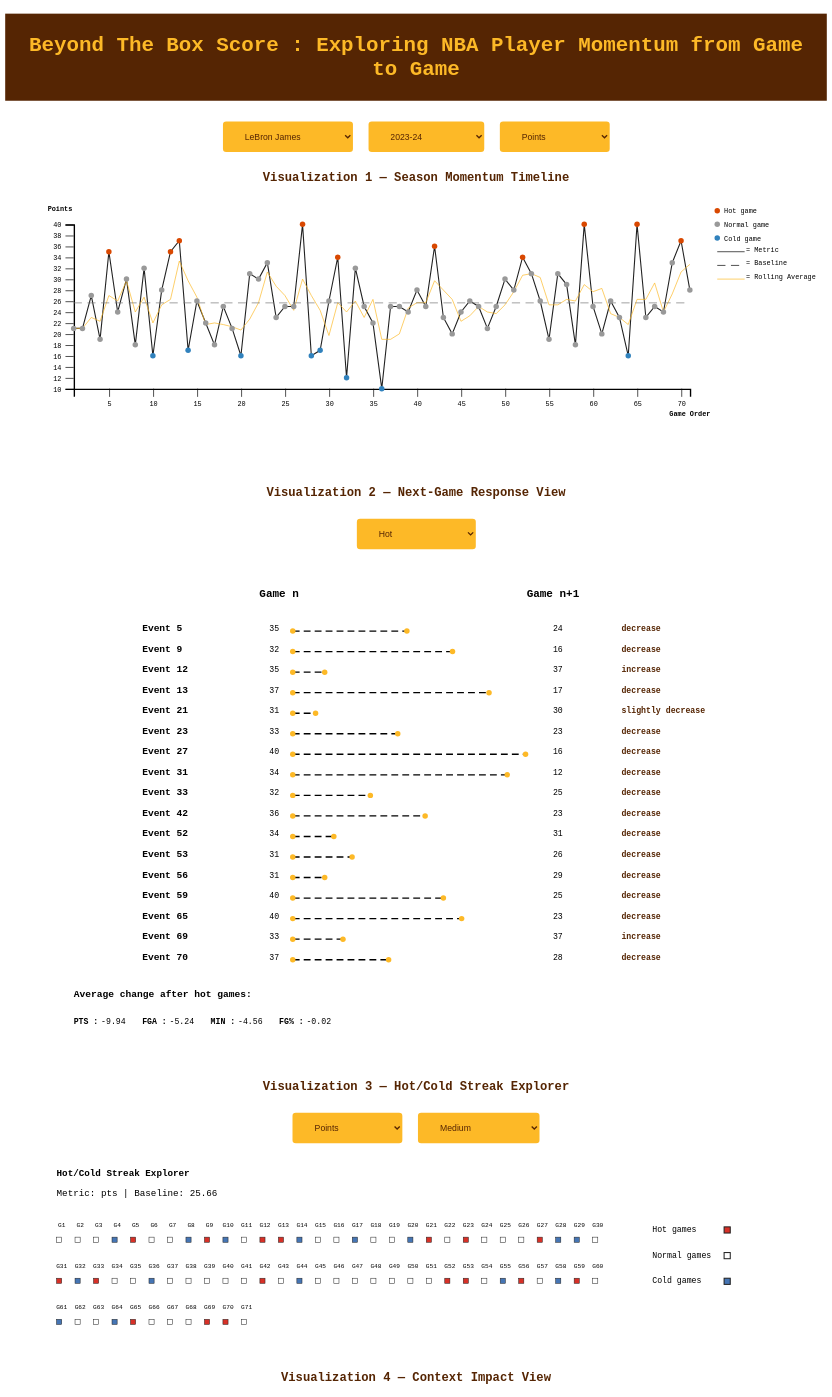
Repository: houdafatih/Data-Viz-Project
Page: index.html
These files come from the project's save history. The page is drawn as it stood at one moment and after the next save; the edit follows.
The browser window is 1280 px wide. The pictures show the whole page, at 65% of full size.

Above is the page before, as saved 2026-06-21 03:07:33.

### index.html
<!DOCTYPE html>
<html>
   <head>
    <meta charset="UTF-8"/>
    <title>Beyond The Box Score</title>
    <link rel="stylesheet" href="style.css" >
  </head>
  <body>
     <h1>Beyond The Box Score : Exploring NBA Player Momentum from Game to Game</h1>

     <div class="selection">
        <select id="playerSelect">
            <option selected disabled>Select a Player</option>
        </select>

        <select id="seasonSelect">
            <option selected disabled>Select a Season</option>
        </select>

        <select id="metricSelect">
            <option selected disabled>Select a metric</option>
            <option value="pts">Points</option>
            <option value="fga">FGA</option>
            <option value="min">Minutes</option>
            <option value="fg_pct">FG%</option>
            <option value="plus_minus">Plus/Minus</option>
        </select>
     </div>

     <h3>Visualization 1 — Season Momentum Timeline</h3>
     <div id="vizual1"></div>

     <h3>Visualization 2 — Next-Game Response View</h3>
     <div class="selection">
        <select id="performanceSelect">
            <option selected disabled>Select event type</option>
            <option value="all">All</option>
            <option value="hot">Hot</option>
            <option value="cold">Cold</option>
            <option value="normal">Normal</option>
        </select>
     </div>
     <div id="vizual2"></div>

     <h3>Visualization 3 — Hot/Cold Streak Explorer</h3>
     <div class="selection">
        <select id="metricSelectV3">
            <option selected disabled>Select a metric</option>
            <option value="pts">Points</option>
            <option value="fga">FGA</option>
            <option value="min">Minutes</option>
            <option value="fg_pct">FG%</option>
            <option value="plus_minus">Plus/Minus</option>
        </select>
        <select id="thresholdSelect">
        <option selected disabled>Select a threshold</option>
            <option value="loose">Loose</option>
            <option value="medium">Medium</option>
            <option value="strict">Strict</option>
        </select>
     </div>
     <div id="vizual3"></div>


     <h3>Visualization 4 — Context Impact View</h3>
     <div id="vizual4"></div>

  </body>
  <script src="https://d3js.org/d3.v7.min.js"></script>
  <script type="module" src="index.js"></script>
</html>

### style.css
body{
    padding: 0px;
}
h1{
  text-align: center;
  font-size: 2rem;
  font-family: "Courier New", Courier, monospace;
  color : #fdb927;
  background-color: #552503;
  padding: 30px;

}
.selection{
    text-align: center;
}
select{
    margin: 10px;
    padding: 15px 30px;
    border-radius: 5px;
    border: none;
    background: #fdb927;
    color:#552503;

}
select option:hover{
    background-color: #fdb927;
}



h3{
    color: #552503;
    font-family: "Courier New", Courier, monospace;
    text-align: center;
}
.tick{
    font-size: 5px;
}
line{
    stroke-width: 0.5px;
}
.label{
    color: #552503;
    font-family: "Courier New", Courier, monospace;
    font-weight: bold;
}

.tooltip{
    position: fixed;
    background: wheat;
    border: 1px solid #ccc;
    padding: 10px;
    font-size: 15px;
    opacity: 0;
    pointer-events: none;

}
text{
    font-family: "Courier New", Courier, monospace;
}
.tooltip2{
    position: fixed;
    background: #fdb927;
    border: 1px solid #ccc;
    padding: 10px;
    font-size: 15px;
    visibility: hidden;
    pointer-events: none;
}
.line2{
    stroke-width: 1px;
}

### index.js
import {playersData,seasonData} from "./scripts/utils.js";
import { drawVisualization1 } from "./scripts/visualization1.js";
import { drawVisualization2 } from "./scripts/visualization2.js";
import { drawVisualization3 } from "./scripts/visualization3.js";

d3.csv("data/nba.csv").then(function(data){

   data.forEach(element => {
        element.player_id = +element.player_id
        element.game_index = +element.game_index
        element.pts = +element.pts
        element.fga = +element.fga
        element.min = +element.min
        element.fg_pct = +element.fg_pct
        element.plus_minus = +element.plus_minus
        element.next_pts = +element.next_pts
        element.next_fga = +element.next_fga
        element.next_min = +element.next_min
        element.next_fg_pct = +element.next_fg_pct
        element.rolling_pts_avg_3 = +element.rolling_pts_avg_3
        element.baseline_pts = +element.baseline_pts
        element.pts_diff_from_baseline = +element.pts_diff_from_baseline
        element.streak_length = +element.streak_length
   });

   playersData(data)
   seasonData(data)

   const nba_data = data

   d3.select("#playerSelect").property("value",nba_data[0].player_name)

   d3.select("#seasonSelect").property("value",nba_data[0].season_year)

   d3.select("#metricSelect").property("value","pts")

   d3.select("#performanceSelect").property("value","hot")

   d3.select("#metricSelectV3").property("value","pts")

   d3.select("#thresholdSelect").property("value","medium")

   updateVisualizations(nba_data)


   d3.select("#playerSelect").on("change",() => updateVisualizations(nba_data))
   d3.select("#seasonSelect").on("change",() => updateVisualizations(nba_data))
   d3.select("#metricSelect").on("change",() => updateVisualizations(nba_data))
   d3.select("#performanceSelect").on("change",() => updateVisualizations(nba_data))
   d3.select("#metricSelectV3").on("change",() => updateVisualizations(nba_data))
   d3.select("#thresholdSelect").on("change",() => updateVisualizations(nba_data))

})

function updateVisualizations(nba_data){
    const player = d3.select("#playerSelect").property("value")
    const season = d3.select("#seasonSelect").property("value")
    const metric = d3.select("#metricSelect").property("value")

    const eventT = d3.select("#performanceSelect").property("value")

    const metricv3 = d3.select("#metricSelectV3").property("value")
    const threshold =d3.select("#thresholdSelect").property("value")

    if(player === "Select a Player" || season === "Select a Season" || metric === "Select a metric"){
        return
    }

    let data_filter = nba_data.filter(d => d.player_name === player && d.season_year == season)
    drawVisualization1(data_filter,"#vizual1",metric)

    if(eventT === "Select event type"){
        return
    }
    drawVisualization2(data_filter,"#vizual2",metric,eventT)

    if(metricv3 === "Select a metric" || threshold === "Select a threshold"){
        return
    }
    drawVisualization3(data_filter,"#vizual3",metricv3,threshold)
}

### scripts/utils.js
export function playersData(data){
    const players_list = [...new Set(data.map(dt => dt.player_name))]

    d3.select("#playerSelect").selectAll(".players-options").data(players_list)
    .enter().append("option").attr("class","players-options").attr("value",dt=>dt).text(dt => dt)
}

export function seasonData(data){
    const seasons_list = [...new Set(data.map(dt => dt.season_year))]
    d3.select("#seasonSelect").selectAll(".seasons-options").data(seasons_list)
    .enter().append("option").attr("class","seasons-options").attr("value",dt=>dt).text(dt => dt)
}

### scripts/visualization2.js
export function drawVisualization2(data,id,metric,eventT){
    if(data.length === 0) {
        clearCanvas(id)
        return
    }


     let new_data = createData(data,metric)

     if(eventT !== "all"){
        new_data = new_data.filter(d => performance_filter(d.current_g,data,metric) === eventT)
     }

     const canvas = createCanvas(new_data)

     clearCanvas(id)

     const svg = addSvg(id,canvas)

     draw_Header(svg,200,400)
     draw_Rows(svg,new_data,200,400,canvas.margin,15)
     addSummaryCard(svg,new_data,eventT,canvas)

}
function createCanvas(new_data){
    return{
        width : 600, height: 100 + new_data.length *16 , margin:{top: 20,right:100, bottom:60, left:50}
    }
}

function clearCanvas(id){
    d3.select(id).html("")
}

function addSvg(id,canvas){
    return d3.select(id).append("svg").attr("viewBox",`0 0 ${canvas.width} ${canvas.height}`)
}

function createData(data,metric){
   const new_data = data.slice().sort((a,b) => a.game_index - b.game_index)

   return new_data.slice(0,-1).map((d,j) => {
      const nextG = new_data[j+1]

      return {
        eventN: j+1,
        game_idx : d.game_index,
        nextg_index : nextG.game_index,
        current_v: d[metric],
        next_v : nextG[metric],
        difference : nextG[metric] - d[metric],
        current_g : d,
        next_g : nextG
      }
   })
}

function draw_Header(svg,left,right){
    svg.append("text").attr("x",left).attr("y",30)
    .attr("text-anchor","middle").attr("font-weight","bold").attr("font-size","8px").text("Game n")

    svg.append("text").attr("x",right).attr("y",30)
    .attr("text-anchor","middle").attr("font-weight","bold").attr("font-size","8px").text("Game n+1")

}

function draw_Rows(svg,new_data,left,right,margin,r_height){
    const tooltip = toolTip2(new_data)

    const rows = svg.selectAll(".response-row").data(new_data).enter()
     .append("g").attr("class","response-row")
     .attr("transform",(d,j) => `translate(0,${margin.top+j*r_height})`)

    rows.append("text").attr("x",100).attr("y",35).text(d =>`Event ${d.eventN}` )
     .attr("font-size","7px").attr("font-weight","bold")
    rows.append("text").attr("x",left).attr("y",35).attr("text-anchor","end").text(d => d.current_v).attr("font-size","6px")

    const line_scale = d3.scaleLinear().domain([0,d3.max(new_data, d => Math.abs(d.difference))]).range([20,180])

    rows.append("line").attr("x1",left+10).attr("class","line2")
    .attr("x2",d => { const l= line_scale(Math.abs(d.difference))
        return left+l

    })
    .attr("y1",35).attr("y2",35).attr("stroke","black").attr("stroke-dasharray","5 3")
    .on("mouseover",function(event,d){
        tooltip.style("visibility","visible").html(tooltipInformations2(d))
     })
     .on("mousemove",function(event){
        tooltip.style("left",event.clientX+15+"px")
          .style("top",event.clientY-20+"px")
     })
     .on("mouseout",function(){
        tooltip.style("visibility","hidden")
     })

    rows.append("circle").attr("cx",left+10).attr("cy",35).attr("r",2).attr("fill","#fdb927")
    rows.append("circle").attr("cx",d => { const l= line_scale(Math.abs(d.difference))
        return left+l

    }).attr("cy",35).attr("r",2).attr("fill","#fdb927")

    rows.append("text").attr("x",right).attr("y",35).text(d => d.next_v).attr("font-size","6px")

    rows.append("text").attr("x",right+50).attr("y",35).text(d => difference_label(d.difference))
    .attr("font-size","6px").attr("fill","#552503").attr("font-weight","bold")

}

function difference_label(diff){
    if(diff > 1) return "increase"
    if(diff < -1) return "decrease"
    if(diff < 0) return "slightly decrease"
    if(diff > 0) return "slightly increase"
    return "stable"
}

function performance_filter(d,data,metric){
   const bLine = d3.mean(data,dt => dt[metric])
   const th = Math.abs(bLine) * 0.2
   const dv = d[metric] - bLine

   if(dv > th) return "hot"
   if(dv < -th) return "cold"
   return "normal"
}

function addSummaryCard(svg,new_data,eventT,canvas){

    svg.append("text").attr("x",50).attr("y",canvas.height-50)
    .attr("font-weight","bold").text(`Average change after ${eventT} games:`).attr("font-size","7px")

    const metrics_change = new_data.map(d => {
        const pts = d.current_g["next_pts"] - d.current_g["pts"]
        const fga = d.current_g["next_fga"] - d.current_g["fga"]
        const min = d.current_g["next_min"] - d.current_g["min"]
        const fg_pct = d.current_g["next_fg_pct"] - d.current_g["fg_pct"]

        return {"pts":pts,"fga":fga,"min":min,"fg_pct":fg_pct}
    })

    const means = [
        {"avg":d3.mean(metrics_change,d => d.pts),"name":"PTS"},
        {"avg":d3.mean(metrics_change,d => d.fga),"name":"FGA"},
        {"avg":d3.mean(metrics_change,d => d.min),"name":"MIN"},
        {"avg":d3.mean(metrics_change,d => d.fg_pct),"name":"FG%"}
    ]

    means.forEach((element,i) => {
        let position = canvas.margin.left+i*50
        svg.append("text").attr("x",position).attr("y",canvas.height-30)
        .attr("font-size","6px").attr("font-weight","bold")
        .text(`${element.name} : `)
        svg.append("text").attr("x",position+20).attr("y",canvas.height-30)
        .attr("font-size","6px")
        .text(`${element.avg.toFixed(2)}`)

    });

}

function toolTip2(){
    let tooltip = d3.select("body").select(".tooltip2")
    if(tooltip.empty()){
        tooltip = d3.select("body").append("div").attr("class","tooltip2")
    }

    return tooltip
}

function tooltipInformations2(data){
    console.log(data)
    return `<strong> Game n - Date: ${data.current_g["game_date"]} </strong><br>
            <strong> Game n - Opponent: ${data.current_g["opponent"]} </strong><br>
            <strong> Game n - Points: ${data.current_g["pts"]} </strong><br>
            <strong> Game n+1 - Date: ${data.next_g["game_date"]} </strong><br>
            <strong> Game n+1 - Opponent: ${data.next_g["opponent"]} </strong><br>
            <strong> Game n+1 - Points: ${data.next_g["pts"]} </strong><br>
    `
}

### scripts/visualization3.js

const colors_labels = [
    {lab:"Hot games",color:"#d73027"},
    {lab:"Normal games",color:"#fff"},
    {lab:"Cold games",color:"#4575b4"}
]
export function drawVisualization3(data,id,metric,threshold){
     if(data.length === 0) {
        clearCanvas(id)
        return
    }
     const canvas = createCanvas()

     clearCanvas(id)

     const svg = addSvg(id,canvas)

     const baseline_classif = calculateBaselineAndClassifyGames(data,metric)
     const scale = colorScale()

     addTitle(svg,canvas,baseline_classif.baseline,metric)

     addLablels(svg,baseline_classif.classification,canvas)

     addCells(svg,baseline_classif.classification,canvas,scale)

     addLegends(svg,canvas)

     console.log(threshold)

}

function createCanvas(){
    return{
        width : 800, height: 200, margin:{top: 20,right:100, bottom:60, left:50}
    }
}

function clearCanvas(id){
    d3.select(id).html("")
}

function addSvg(id,canvas){
    return d3.select(id).append("svg").attr("viewBox",`0 0 ${canvas.width} ${canvas.height}`)
}

function calculateBaselineAndClassifyGames(data,metric)
{
  const baseline = d3.mean(data,dt=> dt[metric])

  const classification = data.map((d,j)=> {
    let perf_label = ""
    if(d[metric] > baseline + 5){
        perf_label = "hot"
    }else if(d[metric] < baseline - 5){
        perf_label = "cold"
    }
    else perf_label = "normal"

    return {
        ...d,
        g_num : j+1,
        perf_label:perf_label,
        difference : d[metric] - baseline
    }
  })

    return{
        baseline : baseline,
        classification : classification
    }
}

function colorScale(){
    const color_sc = d3.scaleOrdinal()
    .domain(["hot","normal","cold"])
    .range(["#d73027","#fff","#4575b4"])
    return color_sc
}

function addTitle(svg,canvas,baseline,metric){
    svg.append("text").attr("x",canvas.margin.left).attr("y",25).attr("font-size","9px")
    .attr("font-weight","bold").text("Hot/Cold Streak Explorer")

    svg.append("text").attr("x",canvas.margin.left).attr("y",45).attr("font-size","9px")
    .text(`Metric: ${metric} | Baseline: ${baseline.toFixed(2)}`)
}

function addLablels(svg, classification,canvas){
    const num = 30
    svg.selectAll(".game-label").data(classification).enter().append("text").attr("class","game-label")
    .attr("x",(d,j) => canvas.margin.left + (j%num) * 18 + 10 /2).attr("y",(d,j) => 75 + (Math.floor(j/num))*40)
    .attr("text-anchor","middle").attr("font-size","6px").text(d => `G${d.g_num}`)
}

function addCells(svg, classification,canvas,scale){
    const num = 30
    svg.selectAll(".game-cell").data(classification).enter().append("rect").attr("class","game-cell")
    .attr("x",(d,j) => canvas.margin.left + (j%num) * 18).attr("y",(d,j) => 85 + (Math.floor(j/num))*40).attr("width",5).attr("height",5)
    .attr("fill",d => scale(d.perf_label)).attr("stroke","#222").attr("stroke-width",0.5)
}

function addLegends(svg,canvas){
    svg.selectAll(".legend-rec").data(colors_labels).enter().append("rect").attr("class",".legend-rec")
    .attr("x",canvas.width - 100).attr("y",(d,j) => 75 + j * 25)
    .attr("width",6).attr("height",6).attr("fill",d => d.color).attr("stroke","#222")

    svg.selectAll(".legend-tex").data(colors_labels).enter().append("text").attr("class",".legend-tex")
    .attr("x",canvas.width - 170).attr("y",(d,j) => 80 + j * 25).attr("font-size","8px").text(d => d.lab)
}

Loaded but not shown: scripts/visualization1.js (197 lines, source omitted)

After the next save:
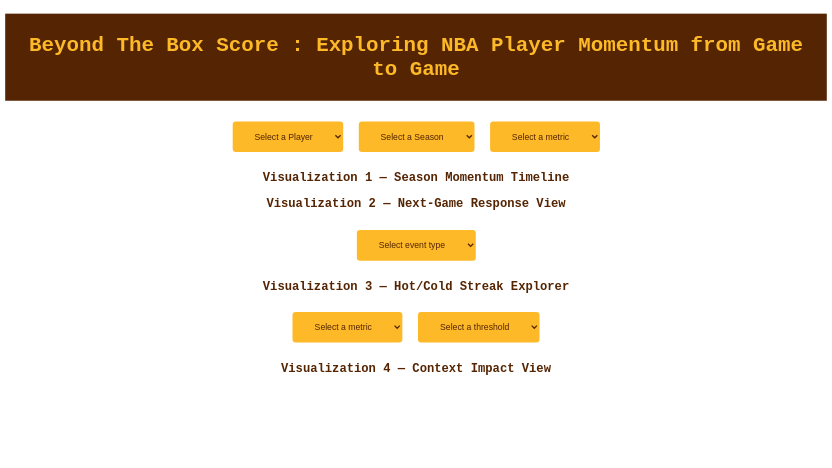
Console error: SyntaxError: Identifier 'threshold' has already been declared
Saved 4 min 33 s later.
--- a/scripts/visualization3.js
+++ b/scripts/visualization3.js
@@ -15,7 +15,7 @@
 
      const svg = addSvg(id,canvas)
 
-     const baseline_classif = calculateBaselineAndClassifyGames(data,metric)
+     const baseline_classif = calculateBaselineAndClassifyGames(data,metric,threshold)
      const scale = colorScale()
 
      addTitle(svg,canvas,baseline_classif.baseline,metric)
@@ -25,8 +25,6 @@
      addCells(svg,baseline_classif.classification,canvas,scale)
 
      addLegends(svg,canvas)
-
-     console.log(threshold)
 
 }
 
@@ -44,15 +42,22 @@
     return d3.select(id).append("svg").attr("viewBox",`0 0 ${canvas.width} ${canvas.height}`)
 }
 
-function calculateBaselineAndClassifyGames(data,metric)
+function convertThreshold(threshold){
+    if(threshold == "medium") return 5
+    else if (threshold == "loose") return 3
+    else return 8
+}
+
+function calculateBaselineAndClassifyGames(data,metric,threshold)
 {
   const baseline = d3.mean(data,dt=> dt[metric])
+  const threshold = convertThreshold(threshold)
 
   const classification = data.map((d,j)=> {
     let perf_label = ""
-    if(d[metric] > baseline + 5){
+    if(d[metric] > baseline + threshold){
         perf_label = "hot"
-    }else if(d[metric] < baseline - 5){
+    }else if(d[metric] < baseline - threshold){
         perf_label = "cold"
     }
     else perf_label = "normal"

After the save that followed:
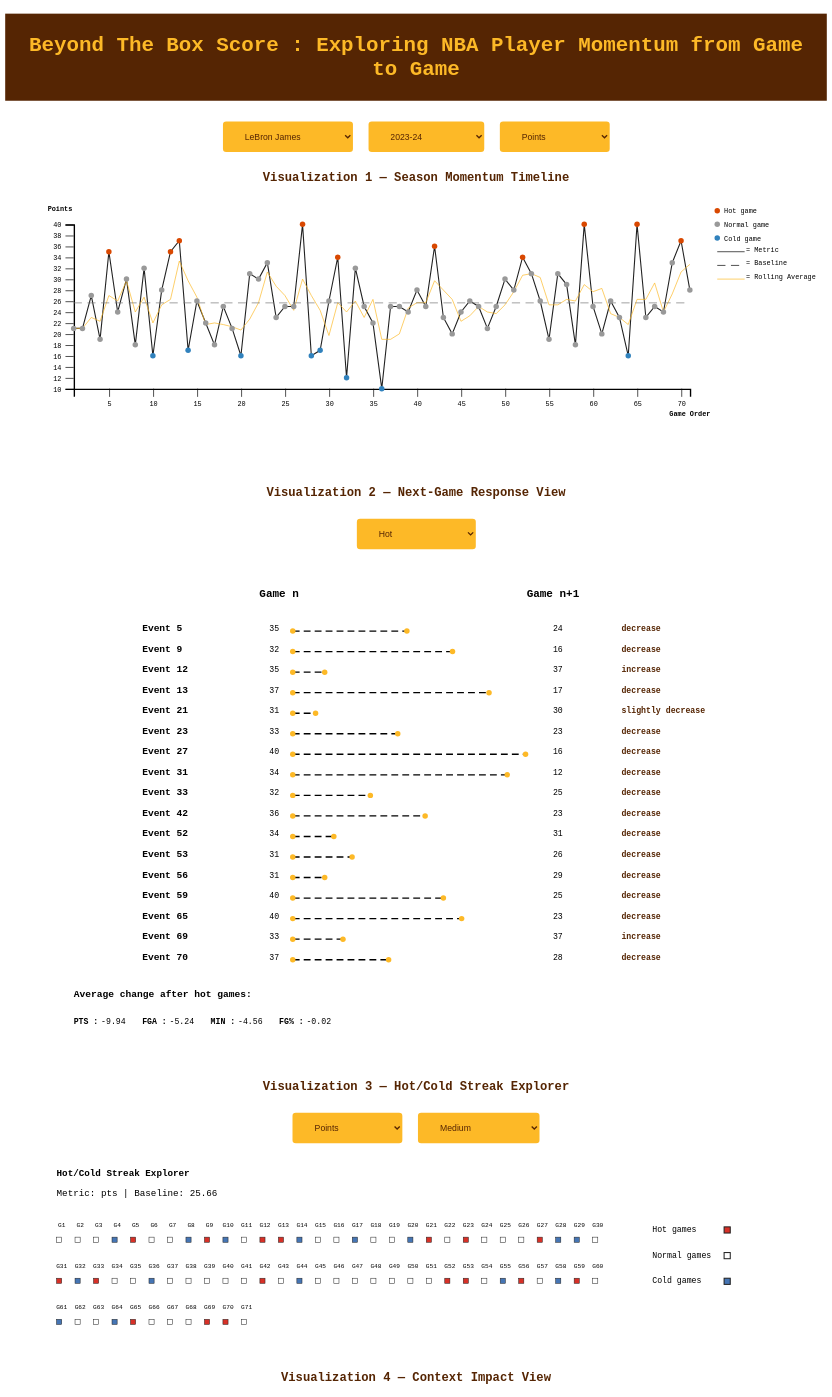
The error is gone.
Saved 42 s later.
--- a/scripts/visualization3.js
+++ b/scripts/visualization3.js
@@ -51,13 +51,13 @@
 function calculateBaselineAndClassifyGames(data,metric,threshold)
 {
   const baseline = d3.mean(data,dt=> dt[metric])
-  const threshold = convertThreshold(threshold)
+  const thre_shold = convertThreshold(threshold)
 
   const classification = data.map((d,j)=> {
     let perf_label = ""
-    if(d[metric] > baseline + threshold){
+    if(d[metric] > baseline + thre_shold){
         perf_label = "hot"
-    }else if(d[metric] < baseline - threshold){
+    }else if(d[metric] < baseline - thre_shold){
         perf_label = "cold"
     }
     else perf_label = "normal"
